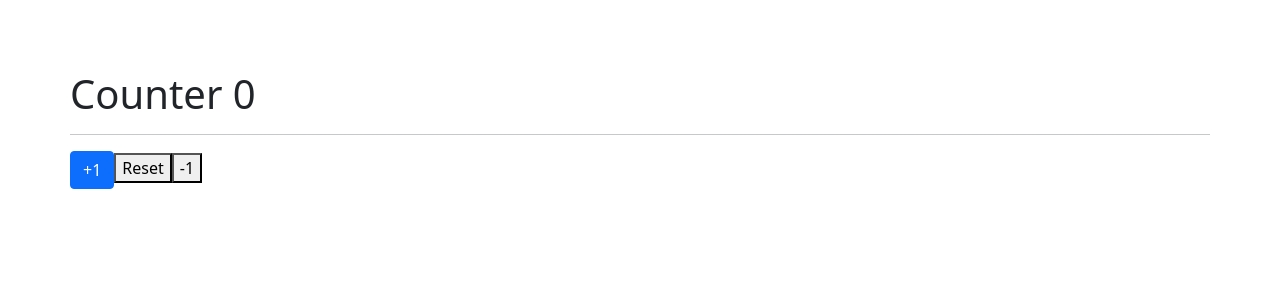
Repository: ppfeliuu/hooks-app
Page: /
These files come from the project's save history. The page is drawn as it stood at one moment and after the next save; the edit follows.
The browser window is 1280 px wide. The pictures show the whole page.
The project was rebuilt for these pictures with package versions that can differ from the ones it lists, and the page was loaded fresh each time. Also part of the build but not shown: src/HookApp.js.

Above is the page before, as saved 2021-05-27 21:42:34.

After the next save:
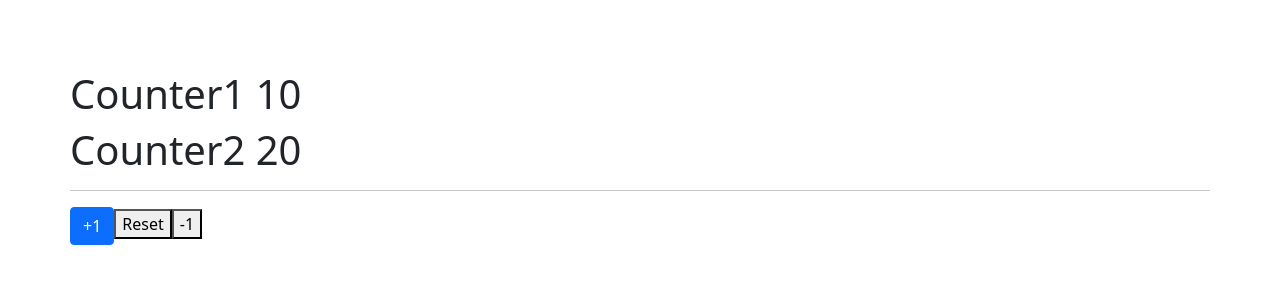
Saved 5 min 29 s later.
--- a/src/components/01-useState/CounterApp.js
+++ b/src/components/01-useState/CounterApp.js
@@ -2,17 +2,26 @@ import React, { useState } from "react";
 import "./counter.css";
 
 export const CounterApp = () => {
-  const [counter, setCounter] = useState(0);
+  const [state, setState] = useState({
+    counter1: 10,
+    counter2: 20,
+  });
+
+  const { counter1, counter2 } = state;
 
   return (
     <>
-      <h1>Counter {counter}</h1>
+      <h1>Counter1 {counter1}</h1>
+      <h1>Counter2 {counter2}</h1>
       <hr />
 
       <button
         className="btn btn-primary"
         onClick={() => {
-          setCounter(counter + 1);
+          setCounter({
+            ...state,
+            counter1: counter1 + 1,
+          });
         }}
       >
         +1
